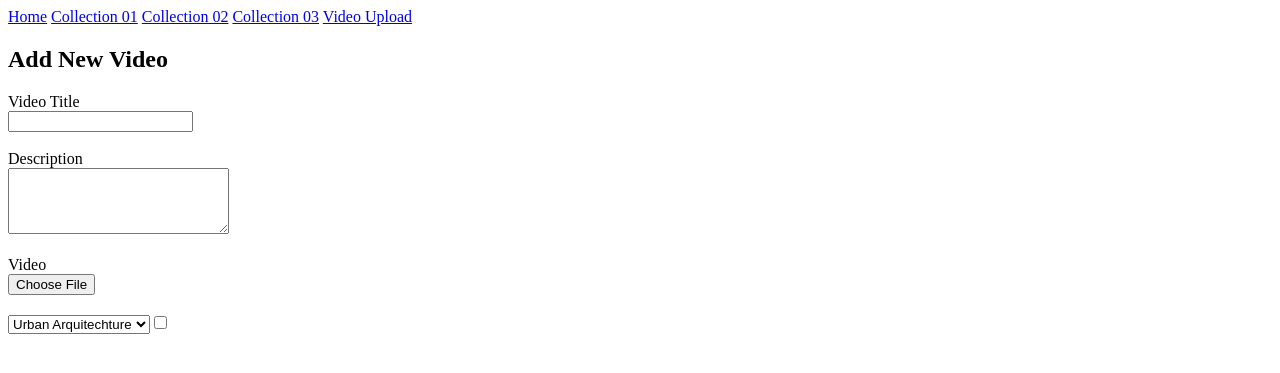
Repository: JoaoLemesDEV/Project-MyTube
Page: video_upload_page.html
An editor plug-in stored every save of this project. The page is shown before and after a run of saves, followed by the edit.
The browser window is 1280 px wide. The pictures show the whole page.

Above is the page before, as saved 2021-10-10 21:28:35.

### video_upload_page.html
<!DOCTYPE html>
<html lang="en">
<head>
  <meta charset="UTF-8">
  <meta http-equiv="X-UA-Compatible" content="IE=edge">
  <meta name="viewport" content="width=device-width, initial-scale=1.0">
  <title>My Ytube Website</title>
</head>
<body>
  <nav>
    <a href="/">Home</a>
    <a href="/collection1.html">Collection 01</a>
    <a href="/collection2.html">Collection 02</a>
    <a href="/collection3.html">Collection 03</a>
    <a href="/video_upload_page.html">Video Upload</a>
  </nav>
<h2>Add New Video</h2>

<label for="title">Video Title</label><br>
<input type="text" name="" id=""><br><br>
<label for="description">Description</label><br>
<textarea name="description" id="descripition" cols="25" rows="4"></textarea><br><br>
<label for="video">Video</label><br>
<input type="button" value="Choose File"><br><br>
<select name="collection" id="">
  <option value="collection">Urban Arquitechture</option>
  <option value="collection">Coding Interviews</option>
  <option value="collection">Japan Aesthetic</option>

  <input type="checkbox" name="checkbox" id="">
  <label for=""></label>
</select>
</body>
<footer></footer>
</html>

After the next 4 saves:
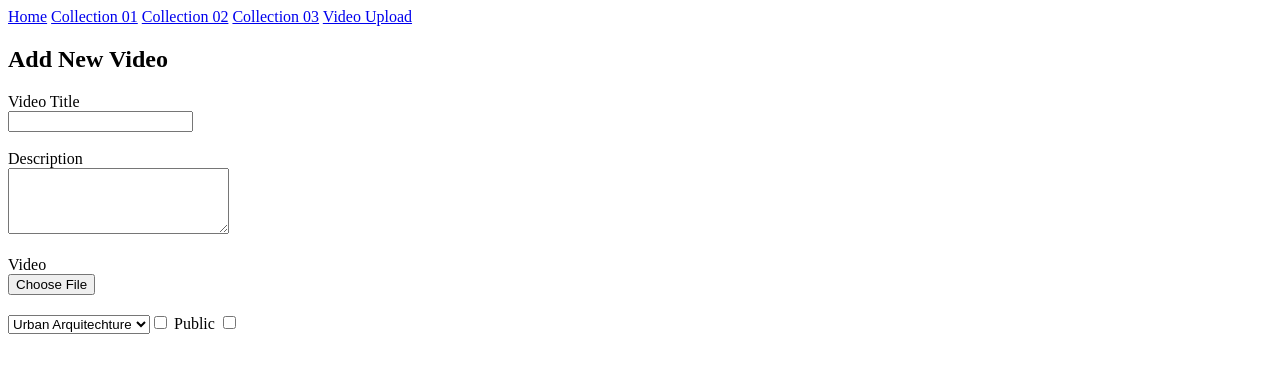
The 4 saves are shown as one change because they came seconds apart.
The last was saved 15 s later.
--- a/video_upload_page.html
+++ b/video_upload_page.html
@@ -28,6 +28,8 @@
   <option value="collection">Japan Aesthetic</option>
 
   <input type="checkbox" name="checkbox" id="">
+  <label for="">Public</label>
+  <input type="checkbox" name="" id="">
   <label for=""></label>
 </select>
 </body>
